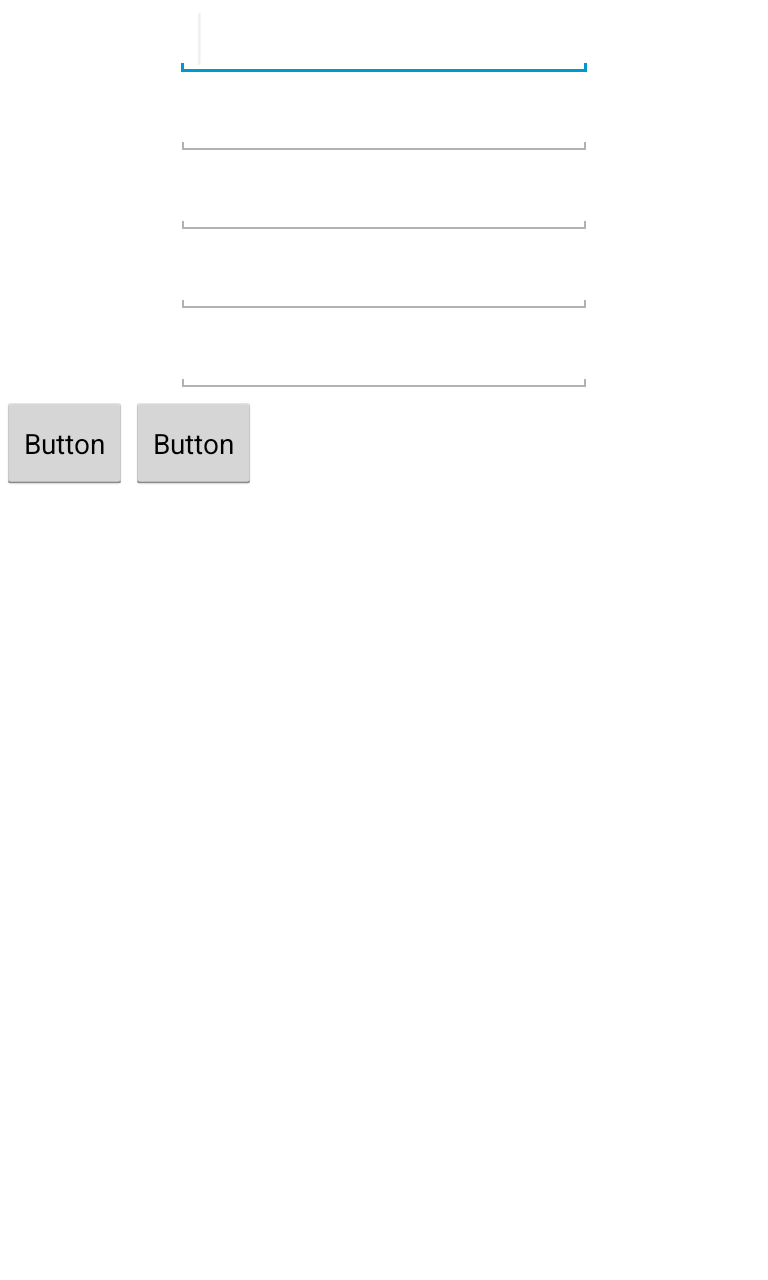
Repository: Dres90/TourngenWS
Layout: APP/Tourngen/res/layout/signup.xml
The author's editor kept a copy of each file at every save. The layout is drawn from the files as they stood at one save, then again after the next save.
It is drawn on a 768 x 1280 px phone screen (xhdpi) without system bars, with theme AppTheme; the app's code is not run.

Above is the layout before, as saved 2014-04-11 18:54:24.

### APP/Tourngen/res/layout/signup.xml
<?xml version="1.0" encoding="utf-8"?>
<GridLayout xmlns:android="http://schemas.android.com/apk/res/android"
    android:layout_width="match_parent"
    android:layout_height="match_parent"
    android:columnCount="2" >

    <Space />

    <EditText
        android:id="@+id/editText1"
        android:layout_column="0"
        android:layout_gravity="center_horizontal|top"
        android:layout_row="0"
        android:ems="10" >

        <requestFocus />
    </EditText>

    <EditText
        android:id="@+id/editText2"
        android:layout_column="0"
        android:layout_gravity="center_horizontal|top"
        android:layout_row="1"
        android:ems="10"
        android:inputType="textPassword" />

    <EditText
        android:id="@+id/editText3"
        android:layout_column="0"
        android:layout_gravity="center_horizontal|top"
        android:layout_row="2"
        android:ems="10"
        android:inputType="textPersonName" />

    <EditText
        android:id="@+id/editText4"
        android:layout_column="0"
        android:layout_gravity="center_horizontal|top"
        android:layout_row="3"
        android:ems="10"
        android:inputType="textPersonName" />

    <EditText
        android:id="@+id/editText5"
        android:layout_column="0"
        android:layout_gravity="center_horizontal|top"
        android:layout_row="4"
        android:ems="10"
        android:inputType="textEmailAddress" />

    <GridLayout
        android:layout_width="match_parent"
        android:layout_height="match_parent"
        android:layout_column="0"
        android:layout_gravity="left|top"
        android:layout_row="5"
        android:columnCount="3" >

        <Button
            android:id="@+id/button1"
            style="?android:attr/buttonStyleSmall"
            android:layout_column="0"
            android:layout_gravity="left|top"
            android:layout_row="0"
            android:text="Button" />

        <Button
            android:id="@+id/button2"
            style="?android:attr/buttonStyleSmall"
            android:layout_column="1"
            android:layout_gravity="left|top"
            android:layout_row="0"
            android:text="Button" />
    </GridLayout>

</GridLayout>

Loaded but not shown: APP/Tourngen/res/values/styles.xml (common file); APP/Tourngen/res/values-v11/styles.xml (common file); APP/Tourngen/res/values-v14/styles.xml (common file)

After the next save:
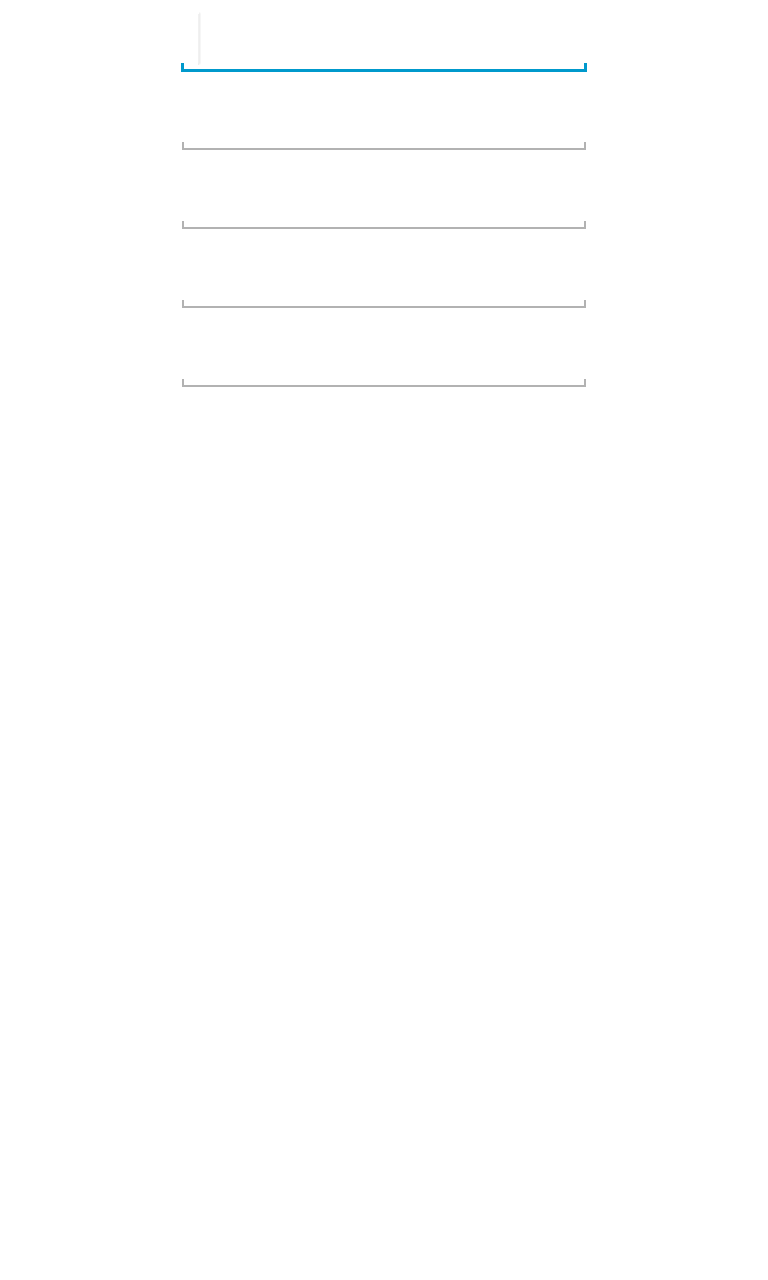
Saved 4 min 3 s later.
--- a/APP/Tourngen/res/layout/signup.xml
+++ b/APP/Tourngen/res/layout/signup.xml
@@ -2,9 +2,10 @@
 <GridLayout xmlns:android="http://schemas.android.com/apk/res/android"
     android:layout_width="match_parent"
     android:layout_height="match_parent"
-    android:columnCount="2" >
+    android:columnCount="1"
+    android:rowOrderPreserved="1" >
 
-    <Space />
+
 
     <EditText
         android:id="@+id/editText1"
@@ -48,29 +49,4 @@
         android:ems="10"
         android:inputType="textEmailAddress" />
 
-    <GridLayout
-        android:layout_width="match_parent"
-        android:layout_height="match_parent"
-        android:layout_column="0"
-        android:layout_gravity="left|top"
-        android:layout_row="5"
-        android:columnCount="3" >
-
-        <Button
-            android:id="@+id/button1"
-            style="?android:attr/buttonStyleSmall"
-            android:layout_column="0"
-            android:layout_gravity="left|top"
-            android:layout_row="0"
-            android:text="Button" />
-
-        <Button
-            android:id="@+id/button2"
-            style="?android:attr/buttonStyleSmall"
-            android:layout_column="1"
-            android:layout_gravity="left|top"
-            android:layout_row="0"
-            android:text="Button" />
-    </GridLayout>
-
 </GridLayout>
